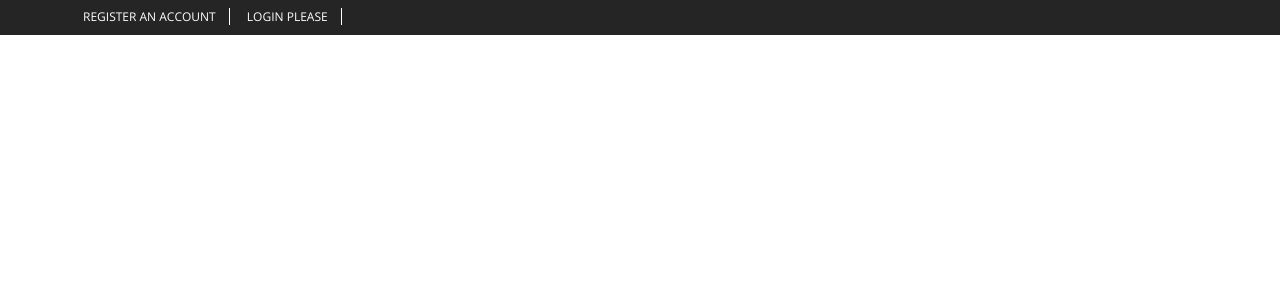
Repository: karthik-H/vms
Page: http://localhost/vms/contact-us.jsp
The author's editor kept a copy of each file at every save. The page is drawn from the files as they stood at one save, then again after the next save.
The browser window is 1280 px wide. The pictures show the whole page.
The page is served by Tomcat 9. Other server files are loaded and not shown.

Above is the page before, as saved 2019-01-26 19:59:42.

### Vehicle/vms/src/main/webapp/contact-us.jsp
<%@ page language="java" contentType="text/html; charset=ISO-8859-1"
    pageEncoding="ISO-8859-1"%>
<!DOCTYPE html PUBLIC "-//W3C//DTD HTML 4.01 Transitional//EN" "http://www.w3.org/TR/html4/loose.dtd">
<html>
<head>
<meta http-equiv="Content-Type" content="text/html; charset=ISO-8859-1">
<title>Contact us</title>
<style>
*, *:before, *:after {
  -moz-box-sizing: border-box;
  -webkit-box-sizing: border-box;
  box-sizing: border-box;
}
body {
  font-family: 'Nunito', sans-serif;
  color: #384047;
}
form {
  max-width: 300px;
  margin: 10px auto;
  padding: 10px 20px;
  background: #f4f7f8;
  border-radius: 8px;
}
h1 {
  text-align: center;
  padding: 0 0 20px 0;
}
input[type="text"],
input[type="tel"],
input[type="email"],
input[type="password"],
textarea,
select{
  background: rgba(255,255,255,0.1);
  background-color: #e8eeef;
  border-radius: 3px;
  font-size: 16px;
  height: auto;
  width: 100%;
  padding: 5px;
  margin: 0;
  margin-bottom: 30px;
  outline: 0;
  color: #8a97a0;
  box-shadow: 0 1px 0 rgba(0,0,0, .03) inset;
  /* - border transition around a text field on focus - */
  border: 2px solid;
  border-color: #ccc;
  transition: border-color, .6s;
}
input[type="text"]:focus,
input[type="tel"]:focus,
input[type="email"]:focus,
input[type="password"]:focus,
textarea:focus,
select:focus {
  border-color: #5fcf80;
}
label {
  display: block;
  margin-bottom: 8px;
}
input[type="radio"],
input[type="checkbox"] {
  margin: 0 4px 8px 0;
}
select {
  height: 32px;
  padding: 6px;
}
label.light {
  display: inline;
  font-weight: 300;
}
button {
  width: 100%;
  background-color: #18C9D2;
  color: #fff;
  font-size: 18px;
  text-align: center;
  font-style: normal;
  border: 1px solid #18C9D2;
  border-radius: 5px;
  border-width: 1px 1px 3px;
  padding: 19px 39px 18px 39px;
  box-shadow: 0 -1px 0 rgba(255,255,255,0.1) inset;
  margin-bottom: 10px;
}
fieldset {
  border: none;
  margin-bottom: 30px;
}
.number {
  display: inline-block;
  height: 30px;
  width: 30px;
  color: #fff;
  font-size: .8em;
  text-align: center;
  line-height: 30px;
  margin-right: 4px;
  border-radius: 100%;
  background-color: #18C9D2;
  text-shadow: 0 1px 0 rgba(255,255,255,0.2);
}
legend {
  font-size: 1.4em;
  margin-bottom: 10px;
}
@media screen and (min-width: 480px) {
  form {
    max-width: 480px;
  }
}
</style>
<script type="applijegleryion/x-javascript"> addEventListener("load", function() { setTimeout(hideURLbar, 0); }, false); function hideURLbar(){ window.scrollTo(0,1); } </script>
<link href="css/bootstrap.css" rel='stylesheet' type='text/css' />
<!-- Custom Theme files -->
<link href="css/style.css" rel='stylesheet' type='text/css' />
<script src="js/jquery-1.11.1.min.js"></script>
<!-- start menu -->
<link href="css/megamenu.css" rel="stylesheet" type="text/css" media="all" />
<script type="text/javascript" src="js/megamenu.js"></script>
<script>$(document).ready(function(){$(".megamenu").megamenu();});</script>
<script src="js/menu_jquery.js"></script>
<script src="js/simpleCart.min.js"> </script>
<!--web-fonts-->
 <link href='//fonts.googleapis.com/css?family=Open+Sans:400,300,400italic,300italic,600,700' rel='stylesheet' type='text/css'>
 <link href='//fonts.googleapis.com/css?family=Roboto+Slab:300,400,700' rel='stylesheet' type='text/css'>
<!--//web-fonts-->
 <script src="js/scripts.js" type="text/javascript"></script>
<script src="js/modernizr.custom.js"></script>
<script type="text/javascript" src="js/move-top.js"></script>
<script type="text/javascript" src="js/easing.js"></script>
<!--/script-->
<script type="text/javascript">
			jQuery(document).ready(function($) {
				$(".scroll").click(function(event){
					event.preventDefault();
					$('html,body').animate({scrollTop:$(this.hash).offset().top},900);
				});
			});
</script>
<script id="jsbin-javascript">
(function (global) {
	if(typeof (global) === "undefined")
	{
		throw new Error("window is undefined");
	}
    var _hash = "!";
    var noBackPlease = function () {
        global.location.href += "#";
		// making sure we have the fruit available for juice....
		// 50 milliseconds for just once do not cost much (^__^)
        global.setTimeout(function () {
            global.location.href += "!";
        }, 50);
    };
	// Earlier we had setInerval here....
    global.onhashchange = function () {
        if (global.location.hash !== _hash) {
            global.location.hash = _hash;
        }
    };
    global.onload = function () {
		noBackPlease();
		// disables backspace on page except on input fields and textarea..
		document.body.onkeydown = function (e) {
            var elm = e.target.nodeName.toLowerCase();
            if (e.which === 8 && (elm !== 'input' && elm  !== 'textarea')) {
                e.preventDefault();
            }
            // stopping event bubbling up the DOM tree..
            e.stopPropagation();
        };
    };
})(window);
</script>
<!-- the jScrollPane script -->
<script type="text/javascript" src="js/jquery.jscrollpane.min.js"></script>
		<script type="text/javascript" id="sourcecode">
			$(function()
			{
				$('.scroll-pane').jScrollPane();
			});
		</script>
<!-- //the jScrollPane script -->

</head>
<body>

<div class="top_bg" id="home">
	<div class="container">
		<div class="header_top">
			<div class="top_right">
				<ul>
					<li><a href="signup.jsp">Register an Account</a></li>
					<li><a href="login.jsp">Login Please</a></li>
				</ul>
			</div>
			<div class="clearfix"> </div>
		</div>
	</div>
</div>

</body>
</html>

### Vehicle/vms/src/main/webapp/css/megamenu.css
.megamenu{margin-bottom:0px;padding:0;width:100%;list-style:none;display:inline-block;position:relative;font-family:Calibri,Arial;font-size:15px}
.megamenu li{margin-bottom:-5px;display:inline}
.megamenu>li>a{float:left;padding:8px 34px;text-decoration:none;text-transform:capitalize;font-size:1em; -webkit-transition: all 0.3s ease-in-out;text-transform:uppercase;
	-moz-transition: all 0.3s ease-in-out;
	-o-transition: all 0.3s ease-in-out;
	transition: all 0.3s ease-in-out;
}
.megamenu>li.active>a{background: #18C9D2;
    color: #fff;}
.megamenu>li.right{float:right}
.megamenu .dropdown,.megamenu .dropdown li .dropdown{list-style:none;margin:0;padding:0;display:none;position:absolute;z-index:999;width:160px;border:solid 1px rgba(0,0,0,0.1);background:#fff}
.megamenu .dropdown{top:59px}
.megamenu .dropdown li .dropdown{left:160px;top:inherit}
.megamenu .dropdown li{clear:both;width:100%;border-bottom:solid 1px rgba(0,0,0,0.1)}
.megamenu .dropdown li:last-child{border-bottom:0}
.megamenu .dropdown li a{float:left;width:100%;padding:10px 25px;text-decoration:none;display:block;border:0 none;font-size:14px;color:#444;background:0;-webkit-box-sizing:border-box;-moz-box-sizing:border-box;box-sizing:border-box;transition:color .4s ease-in-out;-moz-transition:color .4s ease-in-out;-webkit-transition:color .4s ease-in-out;-o-transition:color .4s ease-in-out}
.megamenu .dropdown li:hover>a{background:#dbdbdb}
.megamenu>li>.megapanel{position:absolute;display:none;background:#ffffff;box-shadow: 0px 2px 4px #777; width:100.2%;top:38px;left:-1px;z-index:99;padding:20px 30px 20px;-webkit-box-sizing:border-box;-moz-box-sizing:border-box;box-sizing:border-box}
.megamenu .megapanel ul{margin:0;padding:0}
.megamenu .megapanel img{width:100%;border:solid 1px #dedede;cursor:pointer;-webkit-transition:border .3s linear;-moz-transition:border .3s linear;-o-transition:border .3s linear;transition:border .3s linear}.megamenu .megapanel img:hover{border:solid 1px #777}.megamenu form.contact input,.megamenu form.contact textarea{font-family:Calibri,Arial;font-size:16px;color:#444;outline:0}
.megamenu form.contact input[type="text"],
.megamenu form.contact textarea{resize:none;width:100%;margin:10px 0;padding:5px 10px;border:solid 1px #dedede;-webkit-box-sizing:border-box;-moz-box-sizing:border-box;box-sizing:border-box;-webkit-transition:border .3s linear;-moz-transition:border .3s linear;-o-transition:border .3s linear;transition:border .3s linear}
.megamenu form.contact input[type="text"]{height:40px}
.megamenu form.contact input[type="text"]:focus,
.megamenu form.contact textarea:focus{border:solid 1px #999}
.megamenu form.contact input[type="submit"]{width:100px;height:35px;border:0;color:#fff;cursor:pointer;background:#999}
.megapanel .row{width:100%;margin-top:15px}
.megapanel .row:first-child{margin-top:0}
.megapanel .row:before,.megapanel .row:after{display:table;content:"";line-height:0}
.megapanel .row:after{clear:both}
.megapanel .row .col1,.megapanel .row .col2,.megapanel .row .col3,.megapanel .row .col4,.megapanel .row .col5,.megapanel .row .col6{display:block;width:100%;min-height:20px;float:left;margin-left:2.127659574468085%;-webkit-box-sizing:border-box;-moz-box-sizing:border-box;box-sizing:border-box}
.megapanel .row [class*="col"]:first-child{margin-left:0}
.megapanel .row .col1{width:14.893617021276595%}
.megapanel .row .col2{width:31.914893617021278%}
.megapanel .row .col3{width:48.93617021276595%}
.megapanel .row .col4{width:65.95744680851064%}
.megapanel .row .col5{width:82.97872340425532%}
.megapanel .row .col6{width:100%}
.megamenu>li.showhide{display:none;width:100%;height:50px;cursor:pointer;color:#555;border-bottom:solid 1px rgba(0,0,0,0.1);background:#eee;background:url(data:[embedded picture, 658 characters]);background:-moz-linear-gradient(top,#eee 0,#dbdbdb 100%);background:-webkit-gradient(linear,left top,left bottom,color-stop(0%,#eee),color-stop(100%,#dbdbdb));background:-webkit-linear-gradient(top,#eee 0,#dbdbdb 100%);background:-o-linear-gradient(top,#eee 0,#dbdbdb 100%);background:-ms-linear-gradient(top,#eee 0,#dbdbdb 100%);background:linear-gradient(to bottom,#eee 0,#dbdbdb 100%);filter:progid:DXImageTransform.Microsoft.gradient(startColorstr='#eeeeee',endColorstr='#dbdbdb',GradientType=0)}
.megamenu>li.showhide span.title{margin:15px 0 0 25px;float:left}.megamenu>li.showhide span.icon1:after{position:absolute;content:"";right:25px;top:15px;height:3px;width:25px;font-size:50px;border-top:3px solid #18C9D2;border-bottom:3px solid #18C9D2;z-index:1}
.megamenu>li.showhide span.icon2:after{position:absolute;content:"";right:25px;top:27px;height:3px;width:25px;font-size:50px;border-top:3px solid #18C9D2;border-bottom:3px solid #18C9D2;z-index:1}
.skyblue,.skyblue>li.showhide{
}

.skyblue li>a,.skyblue>li.showhide span{color:#3f3d3d}
.skyblue>li:hover>a,.skyblue .dropdown li:hover>a{color:#555; background:#ffffff;}.
skyblue .megapanel img:hover,.skyblue form.contact input[type="text"]:focus,.skyblue form.contact textarea:focus{}
.skyblue form.contact input[type="submit"]{background:#00405d;text-transform:uppercase;}
@media(max-width:1024px){
	.megamenu>li>a {
		padding: 8px 16px;
	}
}
@media(max-width:800px){
	.megamenu>li>a {
		padding: 8px 8px;
	}
}
@media(max-width:768px){
	.megamenu>li{display:block;width:100%;border-bottom:none;box-sizing:border-box;-moz-box-sizing:border-box;-webkit-box-sizing:border-box}
	.megamenu>li:hover,.megamenu>li.active{border-top:0}
	.megamenu>li>a{padding:8px 12px}
	.megamenu>li:hover>a,.megamenu>li.active>a{padding:8px 12px}
	.megamenu a{width:100%;box-sizing:border-box;-moz-box-sizing:border-box;-webkit-box-sizing:border-box}
	.megamenu .dropdown,.megamenu .dropdown li .dropdown{width:100%;display:none;left:0;border-left:0;position:static;border:0;box-sizing:border-box;-moz-box-sizing:border-box;-webkit-box-sizing:border-box}
	.megamenu .dropdown li{background:#fff!important;border:0}
	.megamenu .dropdown>li>a{padding-left:40px!important}
	.megamenu>li>.megapanel{position:static;padding-top:50px}
	.megapanel .row [class*="col"]{float:none;display:block;width:100%;margin-left:0;margin-top:15px;-webkit-box-sizing:border-box;-moz-box-sizing:border-box;box-sizing:border-box}
	.megapanel .row:first-child [class*="col"]:first-child{margin-top:0}
	.megapanel .row{margin-top:0}.black{background:#222}
	.megamenu>li.showhide span.title {
		margin: 10px 0 0 15px;
		font-weight: 400;
		font-size: 1.1em;
		    color: #333;
	}
	.megamenu>li.showhide span.icon1:after {
		top: 12px;
		right:15px;
	}
	.megamenu>li.showhide span.icon2:after {
	    top:23px;
	    right:15px;
	}
	.megamenu>li.showhide {
		height: 40px;
	}
}
/* start megamenu colors */
.skyblue li a.color1:hover{
	background:#18C9D2;
	color: #ffffff;
}
.skyblue li a.color2:hover{
	background:#18C9D2;
	color: #ffffff;
}
.skyblue li a.color3:hover{
	background:#18C9D2;
	color: #ffffff;
}
.skyblue li a.color4:hover{
	background:#18C9D2;
	color: #ffffff;
}
.skyblue li a.color5:hover{
	background:#18C9D2;
	color: #ffffff;
}
.skyblue li a.color6:hover{
	background:#18C9D2;
	color: #ffffff;
}
.skyblue li a.color7:hover{
	background:#18C9D2;
	color: #ffffff;
}
.skyblue li a.color8:hover{
	background:#18C9D2;
	color: #ffffff;
}
.skyblue li a.color9:hover{
	background:#18C9D2;
	color: #ffffff;
}
.skyblue li a.color10:hover{
	background:#18C9D2;
	color: #ffffff;
}

Loaded but not shown: Vehicle/vms/src/main/webapp/css/bootstrap.css (library); Vehicle/vms/src/main/webapp/js/jquery-1.11.1.min.js (library); Vehicle/vms/src/main/webapp/js/simpleCart.min.js (library); Vehicle/vms/src/main/webapp/js/jquery.jscrollpane.min.js (library); Vehicle/vms/src/main/webapp/js/easing.js (140 lines, source omitted); Vehicle/vms/src/main/webapp/js/scripts.js (147 lines, source omitted); Vehicle/vms/src/main/webapp/js/move-top.js (5 lines, source omitted); Vehicle/vms/src/main/webapp/js/megamenu.js (1 lines, source omitted); Vehicle/vms/src/main/webapp/js/menu_jquery.js (42 lines, source omitted); Vehicle/vms/src/main/webapp/css/style.css (2642 lines, source omitted)

After the next save:
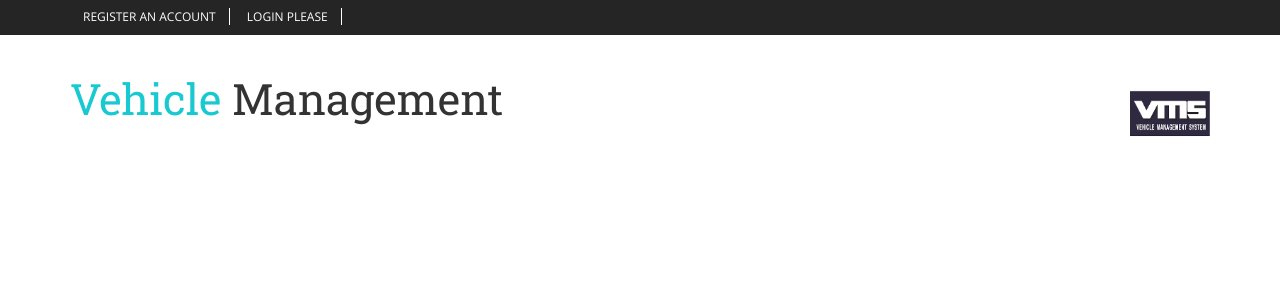
Saved 48 s later.
--- a/Vehicle/vms/src/main/webapp/contact-us.jsp
+++ b/Vehicle/vms/src/main/webapp/contact-us.jsp
@@ -203,6 +203,26 @@ legend {
 		</div>
 	</div>
 </div>
-
+<div class="header_bg">
+   <div class="container">
+	<div class="header">
+	  <div class="head-t">
+		 <div class="logo">
+			  <a href="index.php"><h1>Vehicle <span>Management</span></h1> </a>
+		  </div>
+		  <div class="header_right">
+			<div class="cart box_1">
+				<a href="#">
+				<div>
+				<a  href="#"><img src="images/logo.png" width="80px" height="80px" /></a></div>
+				<div class="clearfix"> </div>
+			</div>
+		</div>
+		<div class="clearfix"></div>
+	    </div>
+		<!--start-header-menu-->
+	</div>
+</div>
+</div>
 </body>
 </html>
